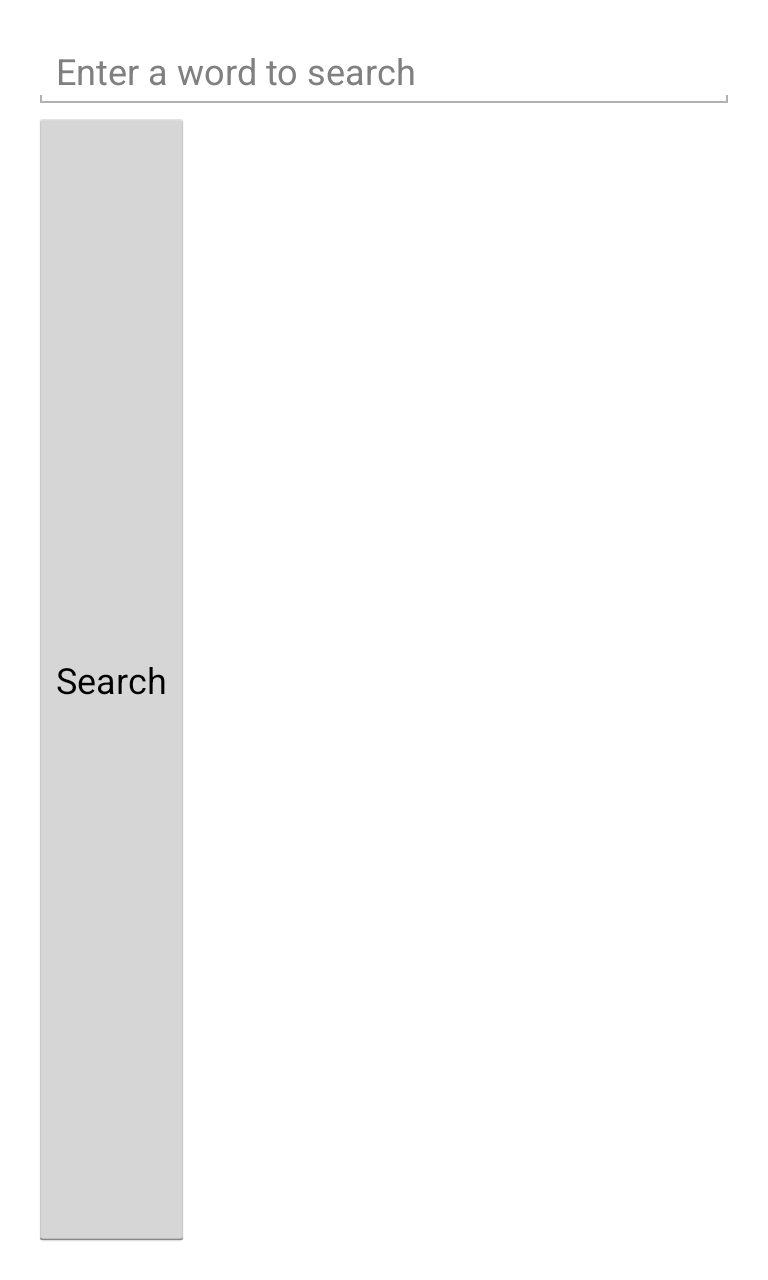
Repository: jasonzhao3/WordHunter
Layout: WordHunter/res/layout/activity_main.xml
An editor plug-in stored every save of this project. The layout is shown before and after the next save, followed by the edit.
It is drawn on a 768 x 1280 px phone screen (xhdpi) without system bars, with theme AppTheme; the app's code is not run.

Above is the layout before, as saved 2013-05-04 07:19:38.

After the next save:
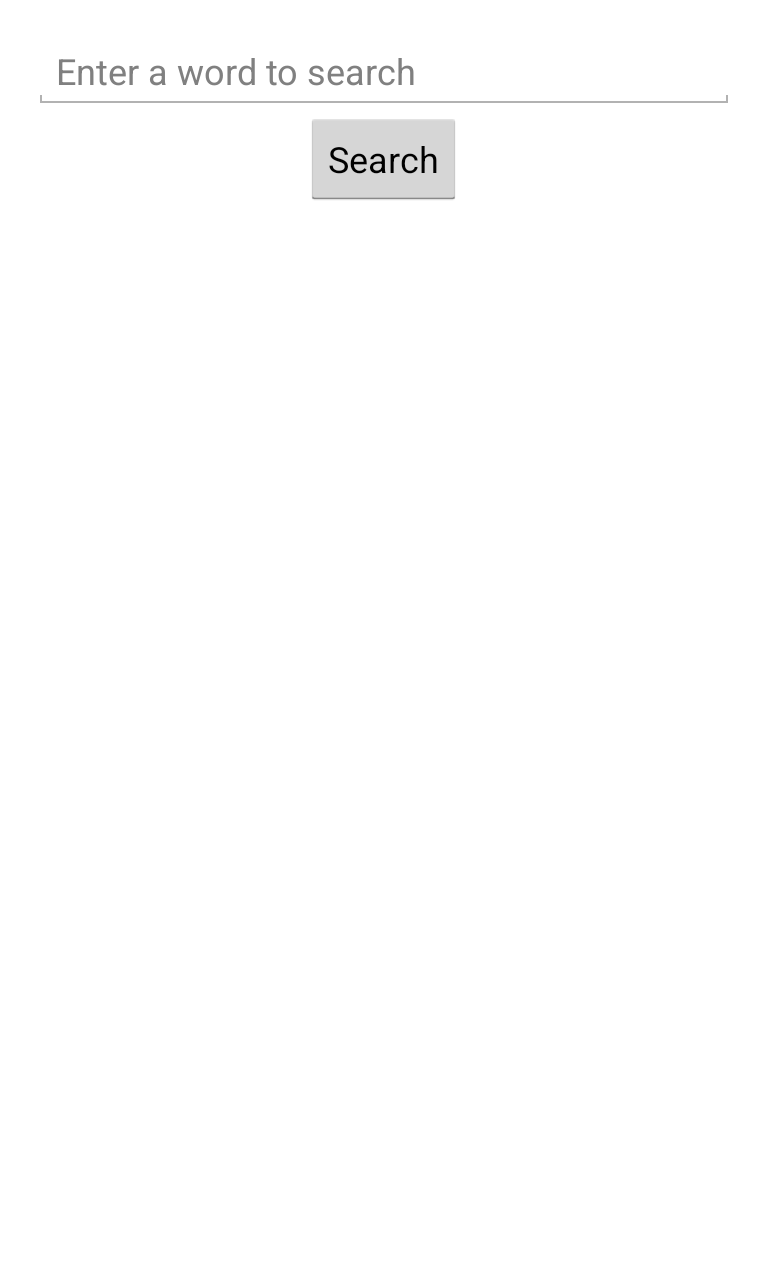
Saved 2 min 22 s later.
--- a/WordHunter/res/layout/activity_main.xml
+++ b/WordHunter/res/layout/activity_main.xml
@@ -15,7 +15,7 @@
         android:layout_width="wrap_content"
         android:layout_height="wrap_content"
         android:layout_below="@id/edit_message"
-        android:layout_alignParentBottom="true"
+        android:layout_centerHorizontal="true"
         android:text="@string/button_search"
         android:onClick="searchWord" />
 </RelativeLayout>
